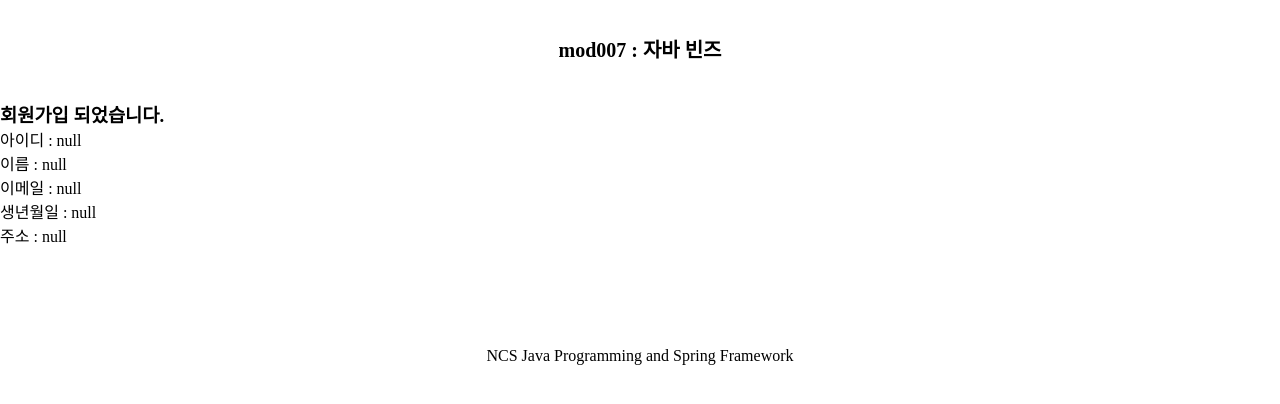
Repository: zeroj-0/eclipseProjects
Page: http://localhost/jv301/mod010/success.jsp
An editor plug-in stored every save of this project. The page is shown before and after the next save, followed by the edit.
The browser window is 1280 px wide. The pictures show the whole page.
The page is served by Tomcat 9. Other server files are loaded and not shown.

Above is the page before, as saved 2022-07-06 06:46:00.

### jv301/src/main/webapp/mod010/success.jsp
<%@ page language="java" contentType="text/html; charset=UTF-8" pageEncoding="UTF-8"%>
<%@page import="java.net.URLEncoder"%>
<%@ taglib prefix="c" uri="http://java.sun.com/jsp/jstl/core" %>
<!DOCTYPE html>
<html>
<head>
	<meta charset="UTF-8">
	<title>Insert title here</title>
	<link rel="stylesheet" href="./fixmethod.css">
</head>
<body>
<div id="wrapper">
		<div id="header">
			<jsp:include page="/incl/banner.jsp">
				<jsp:param name="subtitle" value='<%=URLEncoder.encode(\"mod007 : 자바 빈즈\", \"UTF-8\") %>'/>
			</jsp:include>
		</div>
		<div id="content-wrapper">
			<h3>회원가입 되었습니다.</h3>
			<%-- User클래스에서의 던져준 객체의 프로퍼티를 가져오는 것 --%>
			<c:forEach var = "user" items="${userList}">
				${user.getUserid }
			</c:forEach>
			<jsp:useBean id="user" class="com.varxyz.jv301.mod009.User" scope="request"/>
			아이디 : <jsp:getProperty property="userId" name="user"/><br>
			이름 : <jsp:getProperty property="userName" name="user"/><br>
			이메일 : <jsp:getProperty property="email" name="user"/><br>
			생년월일 : <jsp:getProperty property="ssn" name="user"/><br>
			주소 : <jsp:getProperty property="addr" name="user"/><br>
		</div>
		<div id="footer">
			<%@ include file="/incl/footer.jsp" %>
		</div>
	</div>
</body>
</html>

### jv301/src/main/webapp/incl/footer.jsp
<%@ page language="java" contentType="text/html; charset=UTF-8" pageEncoding="UTF-8"%>
<div id="copyright">
	NCS Java Programming and Spring Framework
</div>

### jv301/src/main/webapp/incl/banner.jsp
<%@ page language="java" contentType="text/html; charset=UTF-8"  pageEncoding="UTF-8"%>
<%@page import="java.net.URLDecoder"%>
<div id="banner">
	<%-- <h4><%= request.getParameter("subtitle") %></h4> --%>
	<h4><%=URLDecoder.decode(request.getParameter("subtitle"), "UTF-8")%></h4>
</div>

### jv301/src/main/java/com/varxyz/jv301/mod009/User.java
package com.varxyz.jv301.mod009;

import java.io.Serializable;

public class User implements  Serializable {
	private String userId;
	private String passwd;
	private String userName;
	private String ssn;
	private String email;
	private String addr;
	public String getUserId() {
		return userId;
	}
	public void setUserId(String userId) {
		this.userId = userId;
	}
	public String getPasswd() {
		return passwd;
	}
	public void setPasswd(String passwd) {
		this.passwd = passwd;
	}
	public String getUserName() {
		return userName;
	}
	public void setUserName(String userName) {
		this.userName = userName;
	}
	public String getSsn() {
		return ssn;
	}
	public void setSsn(String ssn) {
		this.ssn = ssn;
	}
	public String getEmail() {
		return email;
	}
	public void setEmail(String mail) {
		this.email = mail;
	}
	public String getAddr() {
		return addr;
	}
	public void setAddr(String addr) {
		this.addr = addr;
	}



}

### jv301/src/main/webapp/mod010/fixmethod.css
@charset "UTF-8";
* { box-sizing: border-box; margin: 0; padding: 0;}

#header {
	height: 100px;
	width: 100%;
	text-align: center;
	font-size: 20px;
	line-height: 100px;
}
#footer {
	margin-top: 100px;
	text-align: center;
}

After the next save:
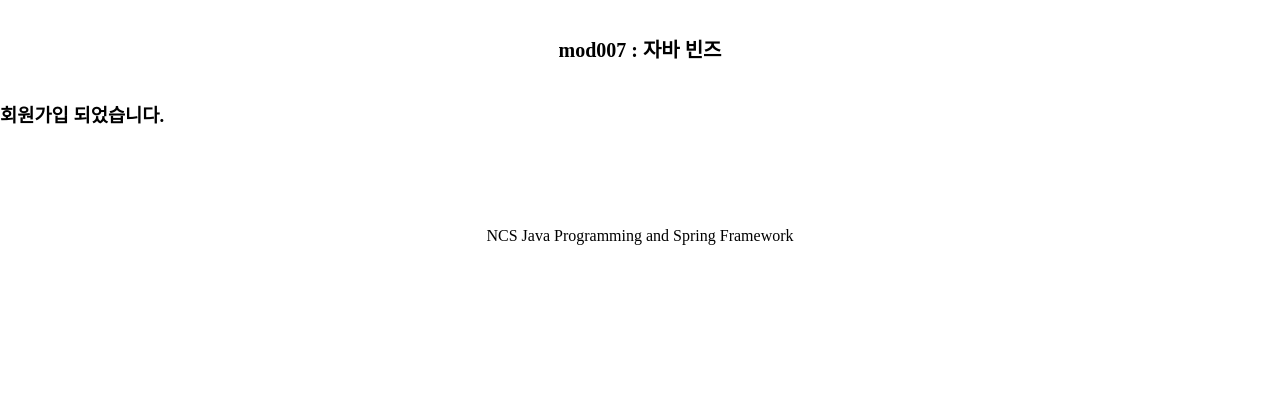
Saved 12 s later.
--- a/jv301/src/main/webapp/mod010/success.jsp
+++ b/jv301/src/main/webapp/mod010/success.jsp
@@ -21,12 +21,7 @@
 			<c:forEach var = "user" items="${userList}">
 				${user.getUserid }
 			</c:forEach>
-			<jsp:useBean id="user" class="com.varxyz.jv301.mod009.User" scope="request"/>
-			아이디 : <jsp:getProperty property="userId" name="user"/><br>
-			이름 : <jsp:getProperty property="userName" name="user"/><br>
-			이메일 : <jsp:getProperty property="email" name="user"/><br>
-			생년월일 : <jsp:getProperty property="ssn" name="user"/><br>
-			주소 : <jsp:getProperty property="addr" name="user"/><br>
+
 		</div>
 		<div id="footer">
 			<%@ include file="/incl/footer.jsp" %>

After the 3 saves that followed:
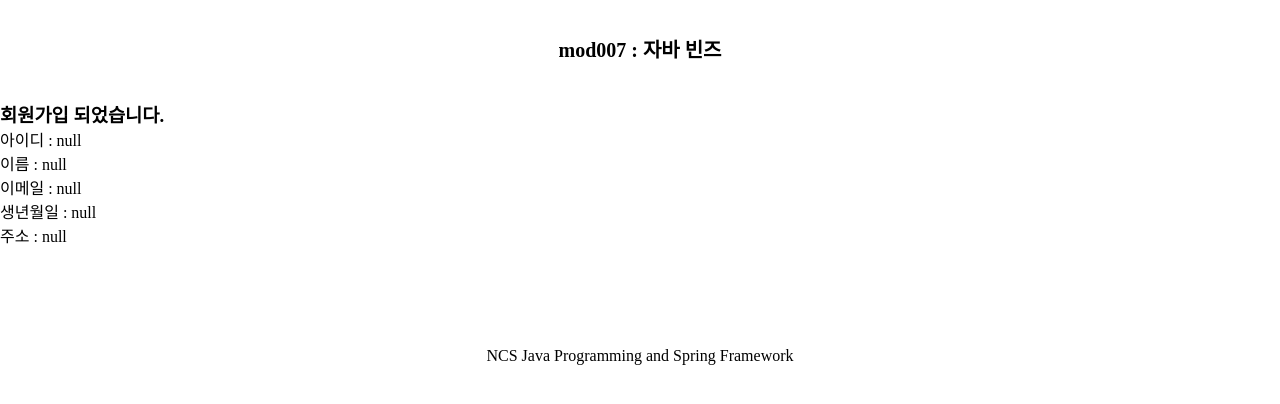
The 3 saves are shown as one change because 2 left the picture as it was.
The last was saved 2 min 18 s later.
--- a/jv301/src/main/webapp/mod010/success.jsp
+++ b/jv301/src/main/webapp/mod010/success.jsp
@@ -19,9 +19,14 @@
 			<h3>회원가입 되었습니다.</h3>
 			<%-- User클래스에서의 던져준 객체의 프로퍼티를 가져오는 것 --%>
 			<c:forEach var = "user" items="${userList}">
-				${user.getUserid }
+				안녕하세요
 			</c:forEach>
-
+			<jsp:useBean id="user" class="com.varxyz.jv301.mod009.User" scope="request"/>
+			아이디 : <jsp:getProperty property="userId" name="user"/><br>
+			이름 : <jsp:getProperty property="userName" name="user"/><br>
+			이메일 : <jsp:getProperty property="email" name="user"/><br>
+			생년월일 : <jsp:getProperty property="ssn" name="user"/><br>
+			주소 : <jsp:getProperty property="addr" name="user"/><br>
 		</div>
 		<div id="footer">
 			<%@ include file="/incl/footer.jsp" %>
